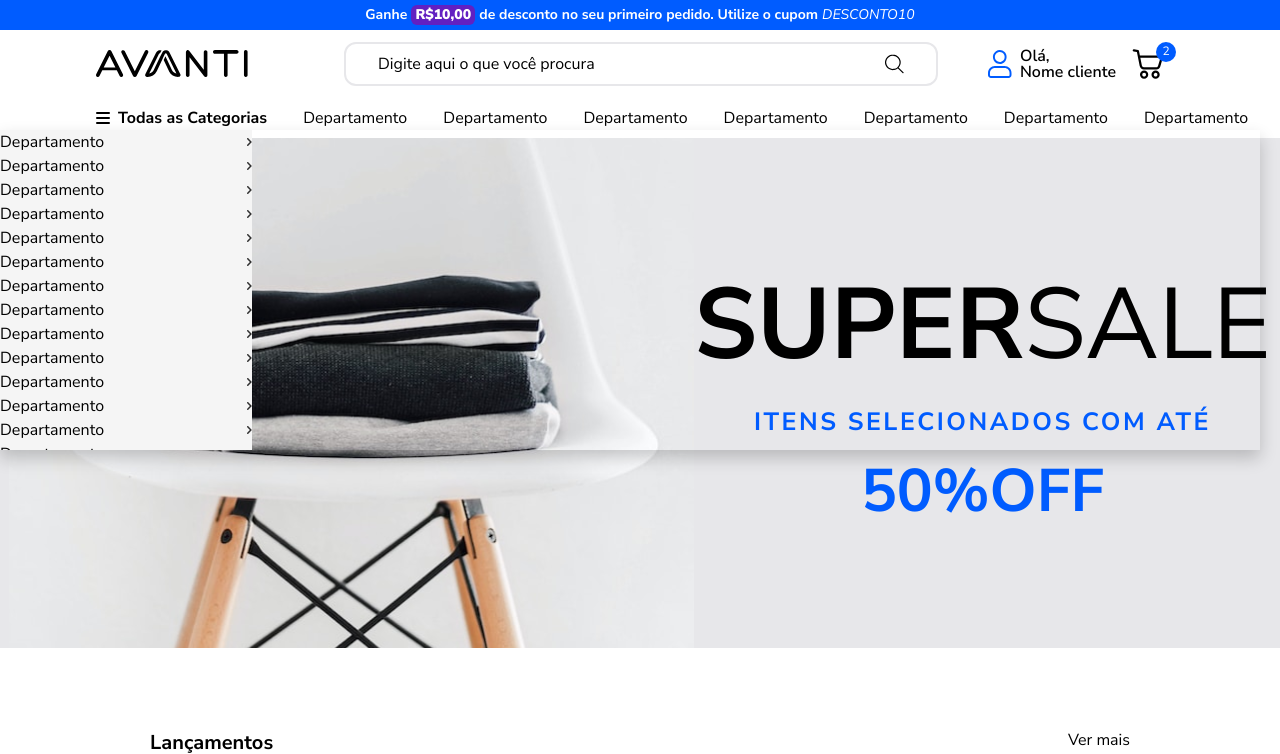
Repository: chidekina/avanti-01
Page: index.html
These files come from the project's save history. The page is drawn as it stood at one moment and after the next save; the edit follows.
The browser window is 1280 px wide. The pictures show the part of the page from y = 0 to 754 px (the page is 4120 px tall).
A picture or video elsewhere on the page could not be fetched, so the positions and the page height are approximate.

Above is the page before, as saved 2025-04-11 20:02:13.

### index.html
<!DOCTYPE html>
<html lang="en">
  <head>
    <meta charset="UTF-8" />
    <meta name="viewport" content="width=device-width, initial-scale=1.0" />
    <script src="https://cdn.jsdelivr.net/npm/@tailwindcss/browser@4"></script>
    <link rel="preconnect" href="https://fonts.googleapis.com" />
    <link rel="preconnect" href="https://fonts.gstatic.com" crossorigin />
    <link href="https://fonts.googleapis.com/css2?family=Nunito+Sans:ital,opsz,wght@0,6..12,200..1000;1,6..12,200..1000&family=Nunito:ital,wght@0,200..1000;1,200..1000&display=swap" rel="stylesheet" />
    <title>Avanti</title>
    <link rel="icon" type="image" href="./assets/avanti-icon.svg" />
    <link rel="stylesheet" href="style.css" />
    <link rel="stylesheet" href="https://cdn.jsdelivr.net/npm/swiper/swiper-bundle.min.css">
  </head>
  <body>
    <header class="mb-2">
      <h1 class="flex justify-center items-center bg-(--primary-color) text-white text-sm h-[30px] font-bold">
        Ganhe
        <b class="flex justify-center mx-1 bg-(--secondary-color) heigth-[16px] w-[64px] rounded-md">R$10,00</b>
        de desconto no seu primeiro pedido. Utilize o cupom
        <i class="font-normal ml-1">DESCONTO10</i>
      </h1>
      <div class="mt-3 mb-5 px-24 flex justify-between w-full">
        <div class="flex gap-24">
          <img src="./assets/logo.svg" alt="Avanti Logo" class="w-[152px]" />
          <label>
            <div class="flex justify-between py-2 border-2 border-solid border-(--bg-color) px-8 rounded-xl cursor-text w-[594px]">
              <input type="text" placeholder="Digite aqui o que você procura" class="placeholder-black outline-none focus:placeholder-transparent w-1/2" />
              <img src="./assets/search.svg" />
            </div>
          </label>
        </div>
        <div class="flex gap-4">
          <div class="flex gap-2 items-center">
            <img src="./assets/user.svg" alt="icone do usuario" class="w-[24px]" />
            <h6 class="leading-none font-semibold">
              Olá,<br />
              Nome cliente
            </h6>
          </div>
          <div class="flex">
            <img src="./assets/cart.svg" alt="imagem de um carrinho de compras" class="w-[32px]" />
            <div class="relative bg-(--primary-color) w-[20px] h-[20px] text-center text-white text-[12px] rounded-full right-2">2</div>
          </div>
        </div>
      </div>
      <div class="flex px-24 w-full">
        <ul class="flex gap-9">
          <li>
          <a href="#">
            <div class="flex gap-2 w-max">
              <img src="./assets/menu-hamburger.svg" alt="menu hamburguer" />
              <h5 class="font-bold" id="menu-button w-fit">Todas as Categorias</h5>
            </div>
          </a>
        </li>
        <li>
          <a href="#"> Departamento </a>
        </li>
        <li>
          <a href="#"> Departamento </a>
        </li>
        <li>
          <a href="#"> Departamento </a>
        </li>
        <li>
          <a href="#"> Departamento </a>
        </li>
        <li>
          <a href="#"> Departamento </a>
        </li>
        <li>
          <a href="#"> Departamento </a>
        </li>
        <li>
          <a href="#"> Departamento </a>
        </li>
        </ul>
      </div>
      <div class="flex w-[1260px] h-[320px]" id="dropdown-content">
        <ul class="flex flex-col bg-(--bg-lighter) overflow-y-scroll w-1/5" id="categories-list">
        </ul>
      </div>
    </header>
    <main>
      <section class="flex justify-center items-center w-full height-[510px] bg-(--bg-color) font-(--font-secondary)">
        <img src="./assets/chair.svg" alt="Foto de uma cadeira com roupas dobradas em cima" />
        <div class="flex flex-col gap-1 text-center">
          <h1 class="text-[100px]"><b>SUPER</b>SALE</h1>
          <h4 class="text-[25px] text-(--primary-color) font-bold tracking-widest">ITENS SELECIONADOS COM ATÉ</h4>
          <h4 class="text-[60px] text-(--primary-color) font-bold">50%OFF</h4>
        </div>
      </section>
<carousel-section></carousel-section>
      </section>
  <description-section></description-section>
  <section class="flex w-full bg-(--bg-light) px-[200px] py-[42px] font-(--font-secondary) my-[40px]">
    <div class="text-center text-(--text-color) w-1/2 mr-5">
      <h1 class="text-[30px] font-bold mb-10">
        Lorem ipsum
      </h1>
      <ul class="flex flex-col text-start gap-15">
        <li class="flex gap-6">
          <img src="./assets/pin.svg">
          <p>
            Aenean massa. Cum sociis natoque penatibus et magnis dis parturient montes, nascetur ridiculus mus. Donec quam felis, ultricies nec, pellentesque eu, pretium quis, sem.
          </p>
        </li>
        <li class="flex gap-6">
          <img src="./assets/pin.svg">
          <p>
            Aenean massa. Cum sociis natoque penatibus et magnis dis parturient montes, nascetur ridiculus mus. Donec quam felis, ultricies nec, pellentesque eu, pretium quis, sem.
          </p>
        </li>
        <li class="flex gap-6">
          <img src="./assets/pin.svg">
          <p>
            Aenean massa. Cum sociis natoque penatibus et magnis dis parturient montes, nascetur ridiculus mus. Donec quam felis, ultricies nec, pellentesque eu, pretium quis, sem.
          </p>
        </li>
      </ul>
    </div>
    <img src="./assets/banner.svg" alt="Foto da caneca da Avanti sobre uma tabua de vegetais" class="w-1/2">
  </section>
  <section>
  <description-section></description-section>
  <carousel-section></carousel-section>

  </section>
  <section>
    <img src="./assets/banner2.svg" alt="Foto da entrada da loja da Avanti" />
    <div class="absolute h-[126px] bg-(--primary-color) w-full bottom-[-3080px] text-white text-[30px] font-(--font-secondary)">
      <h1 class="flex justify-center h-full items-center">Entre em contato conosco e verifique a disponibilidade para sua região!</h1>
    </div>
  </section>
  <section class="flex flex-col my-[50px] gap-6 items-center">
    <h2 class="font-bold text-center text-[20px]">
      Cadastre-se na nossa <b class="text-(--primary-color)">newsletter</b>
    </h2>
    <div class="flex w-[1260px] h-[170px] items-center justify-center bg-(--bg-light) rounded-lg gap-6">
      <input type="text" placeholder="Digite seu nome" class="outline-none rounded-lg bg-white placeholder:text-black w-[260px] h-[48px] focus:placeholder-transparent pl-4"/>
      <input type="text" placeholder="Digite seu e-mail" class="outline-none rounded-lg bg-white placeholder:text-black w-[260px] h-[48px] focus:placeholder-transparent pl-4"/>
      <div class="flex gap-1">
      <input type="checkbox" />
      <h5 class="text-[#656565] text-[12px] font-bold">Estou de acordo com a <a href="#" class="underline">Política de Privacidade</a></h5>
    </div>
    </div>
  </section>
  <section class="text-center px-[200px] py-[64px] bg-(--bg-lighter)">
    <div class="flex justify-around mb-10">
    <div class="flex flex-col gap-5">
      <img src="./assets/logo.svg" alt="Logo Avanti" />
      <ul class="flex gap-5 justify-around items-center">
        <li>
          <a href="#">
            <img src="./assets/social-links/instagram.svg" alt="Logo do instagram" />
          </a>
        </li>
        <li>
          <a href="#">
            <img src="./assets/social-links/facebook.svg" alt="Logo do instagram" />
          </a>
        </li>
        <li>
          <a href="#">
            <img src="./assets/social-links/youtube.svg" alt="Logo do instagram" />
          </a>
        </li>
        <li>
          <a href="#">
            <img src="./assets/social-links/tiktok.svg" alt="Logo do instagram" />
          </a>
        </li>
      </ul>
    </div>
    <ul class="flex flex-col gap-4">
      <li class="font-bold">
        <a href="">
          Institucional
        </a>
      </li>
      <li>
        <a href="">
          Sobre Nós
        </a>
      </li>
      <li>
        <a href="">
          Nossas lojas
        </a>
      </li>
      <li>
        <a href="">
          Privacidade e Segurança
        </a>
      </li>
      <li>
        <a href="">
          Termos e condições
        </a>
      </li>
    </ul>
    <ul class="flex flex-col gap-4">
      <li class="font-bold">
        <a href="">
          Central de ajuda
        </a>
      </li>
      <li>
        <a href="">
          Fale Conosco
        </a>
      </li>
      <li>
        <a href="">
          Frete e Entrega
        </a>
      </li>
      <li>
        <a href="">
          Trocas e Devoluções
        </a>
      </li>
      <li>
        <a href="">
          Formas de Pagamento
        </a>
      </li>
      <li>
        <a href="">
          FAQ
        </a>
      </li>
    </ul>
    <ul class="flex flex-col gap-4">
      <li class="font-bold">
          Atendimento
      </li>
      <li>
         <b>Telefone:</b> (00) 1234-5678
      </li>
      <li>
        <b>E-mail:</b> exemplo@exemplo.com.br
      </li>
      <li>
        <b>Horário de atendimento:</b><br>
          Segunda a Sábado: 07h00 às 23h00<br>
          Domingos e Feriados:  07h00 às 21h00
      </li>
    </ul>
  </div>
<div>
<ul class="flex gap-10 justify-center">
  <li>
    <img src="./assets/payments/amex.svg" alt="Logo Amex" />
  </li>
  <li>
    <img src="./assets/payments/mastercard.svg" alt="Logo Mastercard" />
  </li>
  <li>
    <img src="./assets/payments/visa.svg" alt="Logo Visa" />
  </li>
  <li>
    <img src="./assets/payments/hipercard.svg" alt="Logo Hipercard" />
  </li>
  <li>
    <img src="./assets/payments/elo.svg" alt="Logo Elo" />
  </li>
  <li>
    <img src="./assets/payments/dinners.svg" alt="Logo Dinners" />
  </li>
  <li>
    <img src="./assets/payments/paypal.svg" alt="Logo Paypal" />
  </li>
  <li>
    <img src="./assets/payments/pix.svg" alt="Logo Pix" />
  </li>
  <li>
    <img src="./assets/payments/boleto.svg" alt="Logo Boleto" />
  </li>
</ul>
</div>
  </section>
    </main>
    <footer class="flex flex-col gap-5 my-10">
      <div class="flex flex-col text-center justify-center items-center">
        <p class="w-[1000px] text-[12px]">
          Lorem ipsum dolor sit amet, consectetuer adipiscing elit, sed diam nonummy nibh euismod tincidunt ut laoreet dolore magna aliquam erat volutpat. Ut wisi enim ad minim veniam, quis nostrud exerci tation ullamcorper suscipit lobortis nisl ut aliquip ex ea commodo consequat. Duis autem vel eum iriure dolor in hendrerit in vulputate velit esse molestie consequat, vel illum dolore eu feugiat nulla facilisis at vero eros et accumsan et iusto odio dignissim qui blandit praesent luptatum zzril delenit augue duis dolore te feugait nulla facilisi.
        </p>
      </div>
        <ul class="flex justify-center gap-10">
          <li>
            <img src="./assets/logos/encrypt-logo.svg" alt="Logo da Lets Encrypt">
          </li>
          <li>
            <img src="./assets/logos/vtex-pci-logo.svg" alt="Logo da VTEX e da PCI certified">
          </li>
          <li>
            <img src="./assets/logo.svg" alt="Logo da Avanti">
          </li>
          <li>
            <img src="./assets/logos/vtex-logo.svg" alt="Logo da VTEX">
          </li>
        </ul>
      </footer>
    <script src="https://cdn.jsdelivr.net/npm/swiper/swiper-bundle.min.js"></script>
    <script src="app.js"></script>
  </body>
</html>

### style.css
:root {
    font-family: "Nunito Sans", sans-serif;
    --primary-color: #005CFF;
    --secondary-color: #6220C1;
    --text-color: #4F4F4F;
    --bg-color: #E7E7EA;
    --bg-dark: #C2C2C2;
    --bg-light: #DEDEDE;
    --bg-lighter: #F5F5F5;
    --font-secondary: "Nunito", sans-serif;
}

#dropdown-content {
    position: absolute;
    z-index: 1;
    box-shadow: 0px 8px 16px 0px rgba(0,0,0,0.2);
}

### app.js
class Carousel extends HTMLElement {
    constructor() {
      super();
    }

    connectedCallback() {
      this.render();
      this.initSlides();
      this.initSwiper();
    }

    render() {
      this.innerHTML = `
        <section class="py-[80px] px-[150px]">
          <div>
            <div class="flex justify-between mb-4">
              <h3 class="font-bold text-[20px]">Lançamentos</h3>
              <h4>Ver mais</h4>
            </div>
            <div class="swiper">
              <div class="swiper-container">
                <ul class="swiper-wrapper" id="swiper-wrapper"></ul>
                <div class="swiper-button-next"></div>
                <div class="swiper-button-prev"></div>
                <div class="swiper-pagination"></div>
              </div>
            </div>
          </div>
        </section>
      `;
    }

    initSlides() {
      const swiperWrapper = this.querySelector("#swiper-wrapper");

      for (let i = 1; i <= 15; i++) {
        const slide = `
          <li class="swiper-slide border border-[#DDDDDD] py-1 px-1 rounded-md" style="min-width: 200px;">
            <div class="absolute">
              <h6 class="flex justify-center items-center bg-[#00264E] text-white text-[10px] w-[42px] h-[20px] rounded-sm">
                NOVO
              </h6>
            </div>
            <img src="./assets/model.svg" alt="Modelo ${i}" />
            <div class="mt-2">
              <h3 class="text-[#303030] text-[12px] mb-1 leading-none">
                Produto ${i} - Nome do Produto
              </h3>
            </div>
            <div class="flex gap-1">
              <div>
                <h4 class="text-[#303030] text-[10px] line-through leading-none">R$ 100,00</h4>
                <h4 class="text-[14px] font-bold tracking-tight">R$ 79,90</h4>
              </div>
              <div class="flex justify-center items-center bg-[#5EC0BE] text-white underline text-[8px] w-[52px] h-[16px] rounded-sm tracking-tight">
                10% OFF
              </div>
            </div>
            <h6 class="text-[10px]">Ou em até <b>10x de R$ 7,90</b></h6>
            <button class="w-full bg-[#00264E] text-white rounded-md text-[12px] h-[30px]">
              Comprar
            </button>
          </li>
        `;
        swiperWrapper.insertAdjacentHTML("beforeend", slide);
      }
    }

    initSwiper() {
      new Swiper(this.querySelector(".swiper-container"), {
        slidesPerView: 5,
        spaceBetween: 10,
        navigation: {
          nextEl: this.querySelector(".swiper-button-next"),
          prevEl: this.querySelector(".swiper-button-prev"),
        },
        pagination: {
          el: this.querySelector(".swiper-pagination"),
          clickable: true,
        },
      });
    }
  }

  customElements.define("carousel-section", Carousel);

class Description extends HTMLElement {
  connectedCallback() {
    this.innerHTML = `
     <section class="flex px-[200px] gap-5 items-center">
        <div class="flex bg-(--bg-dark) justify-center items-center">
            <img src="./assets/mug.svg" alt="Foto de uma caneca da Avanti" />
        </div>
        <div class="font-(--font-secondary) w-1/2">
            <h1 class="font-bold text-[30px]">
          Lorem Ipsum
            </h1>
            <p class="text-[12px]">
                Duis consectetur metus nec lacus auctor dignissim. Mauris vitae finibus dui. Mauris laoreet lacus ut eleifend viverra. Cras efficitur volutpat dui, in lobortis metus lacinia sit amet. Sed lacinia pharetra magna, vel pulvinar ligula hendrerit a. Maecenas fringilla porttitor tortor eget lacinia. Donec sollicitudin euismod orci, auctor fringilla magna consequat interdum. Fusce sagittis elit a libero commodo egestas efficitur id augue.<br></br>
                Duis consectetur metus nec lacus auctor dignissim. Mauris vitae finibus dui. Mauris laoreet lacus ut eleifend viverra. Cras efficitur volutpat dui, in lobortis metus lacinia sit amet. Sed lacinia pharetra magna, vel pulvinar ligula hendrerit a. Maecenas fringilla porttitor tortor eget lacinia. Donec sollicitudin euismod orci, auctor fringilla magna consequat interdum. Fusce sagittis elit a libero commodo egestas efficitur id augue.
            </p>
        </div>
        </section>
        `;
  }
};

customElements.define("description-section", Description);

const categories = document.getElementById('categories-list'); // Removed the '#' symbol

for (let i = 1; i <= 15; i++) {
  const li = document.createElement('li');
  li.className = 'flex justify-between';
  li.innerHTML = `
    <p>Departamento</p>
    <img src="./assets/arrow.svg" alt="imagem de flecha" />
  `;
  categories.appendChild(li); // Append instead of overwriting
}

After the next save:
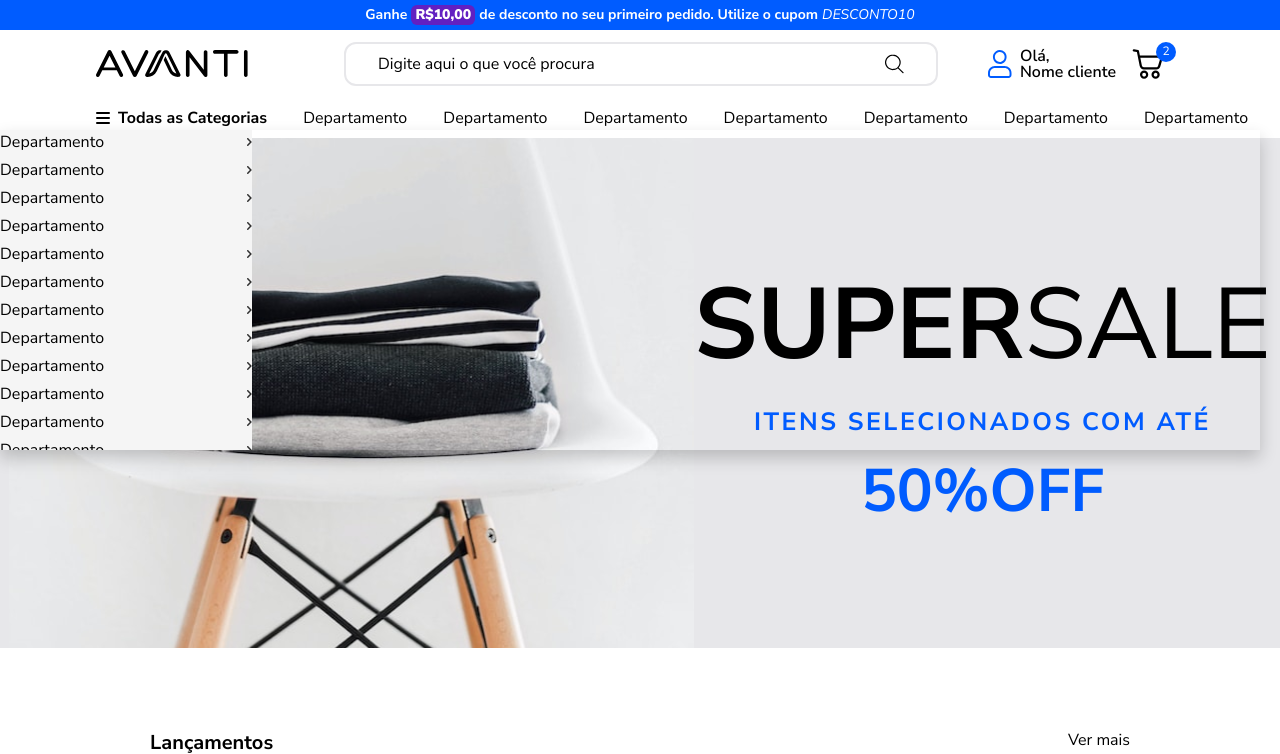
Saved 4 s later.
--- a/index.html
+++ b/index.html
@@ -78,7 +78,7 @@
         </ul>
       </div>
       <div class="flex w-[1260px] h-[320px]" id="dropdown-content">
-        <ul class="flex flex-col bg-(--bg-lighter) overflow-y-scroll w-1/5" id="categories-list">
+        <ul class="flex flex-col gap-1 bg-(--bg-lighter) overflow-y-scroll w-1/5" id="categories-list">
         </ul>
       </div>
     </header>
